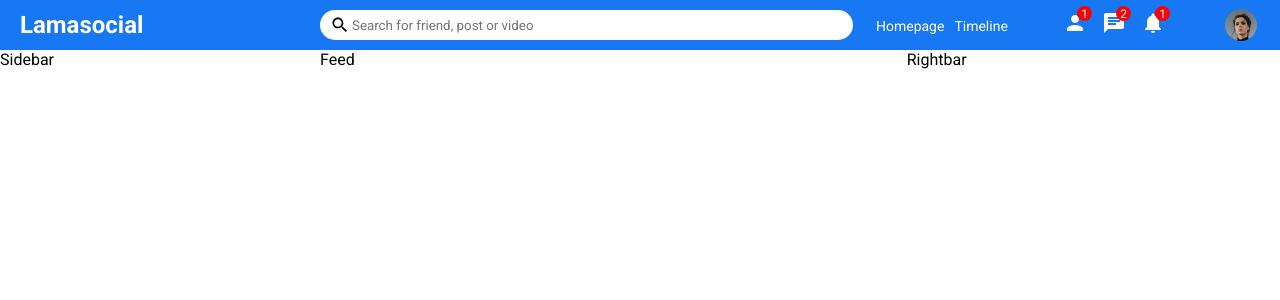
Repository: nazlinres01/react-social
Page: / (app in client/)
The author's editor kept a copy of each file at every save. The page is drawn from the files as they stood at one save, then again after the next save.
The browser window is 1280 px wide. The pictures show the whole page.
The project was rebuilt for these pictures with package versions that can differ from the ones it lists, and the page was loaded fresh each time.

Above is the page before, as saved 2024-06-11 16:15:01.

### client/public/index.html
<!DOCTYPE html>
<html lang="en">

<head>
  <meta charset="utf-8" />
  <meta name="viewport" content="width=device-width, initial-scale=1" />
  <meta name="description" content="Web site created using create-react-app" />
  <link
    href="https://fonts.googleapis.com/css2?family=Roboto:ital,wght@0,100;0,300;0,400;0,500;0,700;0,900;1,100;1,300;1,400;1,500;1,700;1,900&display=swap"
    rel="stylesheet">
    <link rel="stylesheet" href="style.css">
  <title>Social App</title>
</head>

<body>
  <noscript>You need to enable JavaScript to run this app.</noscript>
  <div id="root"></div>
</body>

</html>

### client/src/App.js
import Home from "./pages/home/Home";

function App() {
  return <Home />
}

export default App;

### client/src/pages/home/Home.jsx
import Feed from "../../components/feed/Feed";
import Rightbar from "../../components/rightbar/Rightbar";
import Sidebar from "../../components/sidebar/Sidebar";
import Topbar from "../../components/topbar/Topbar";
import "./home.css"

export default function Home() {
    return (
        <>
            <Topbar />
            <div className="homeContainer">
                <Sidebar />
                <Feed />
                <Rightbar />

            </div>

        </>
    );
}

### client/src/components/feed/Feed.jsx
import "./feed.css"

export default function Feed() {
    return (
        <div className="feed">
            Feed</div>
    )
}

### client/src/components/rightbar/Rightbar.jsx
import "./rightbar.css"

export default function Rightbar() {
    return (
        <div className="rightbar">
            Rightbar</div>
    )
}

### client/src/components/sidebar/Sidebar.jsx
import "./sidebar.css"

export default function Sidebar() {
    return (
        <div className="sidebar">
            Sidebar</div>
    )
}

### client/src/components/topbar/Topbar.jsx
import "./topbar.css"
import { Search, Person, Chat, Notifications } from "@material-ui/icons"

export default function Topbar() {
  return (
    <div className="topbarContainer">
      <div className="topbarLeft">
        <span className="logo">Lamasocial</span>
      </div>
      <div className="topbarCenter">
        <div className="searchbar">
          <Search className="searchIcon" />
          <input placeholder="Search for friend, post or video" className="searchInput" />
        </div>
      </div>
      <div className="topbarRight">
        <div className="topbarLinks">
          <span className="topbarLink">Homepage</span>
          <span className="topbarLink">Timeline</span>
        </div>
        <div className="topbarIcons">
          <div className="topbarIconItem">
            <Person />
            <span className="topbarIconBadge">1</span>
          </div>
          <div className="topbarIconItem">
            <Chat />
            <span className="topbarIconBadge">2</span>
          </div>
          <div className="topbarIconItem">
            <Notifications />
            <span className="topbarIconBadge">1</span>
          </div>
        </div>
        <img src="/assets/person/1.jpeg" alt="" className="topbarImg" />
      </div>

    </div>
  )
}

### client/src/components/feed/feed.css
.feed {
    flex: 5.5;
}

### client/src/components/rightbar/rightbar.css
.rightbar {
    flex: 3.5;
}

### client/src/components/sidebar/sidebar.css
.sidebar {
    flex: 3;
    height: calc(100vh-50px);
}

### client/src/components/topbar/topbar.css
.topbarContainer {
    height: 50px;
    width: 100%;
    background-color: #1877f2;
    display: flex;
    align-items: center;
    position: sticky;
    top: 0;
}

.topbarLeft {
    flex: 3;
}

.logo {
    font-size: 24px;
    margin-left: 20px;
    font-weight: bold;
    color: white;
    cursor: pointer;
}

.topbarCenter {
    flex: 5;
}

.searchbar {
    width: 100%;
    height: 30px;
    background-color: white;
    border-radius: 30px;
    display: flex;
    align-items: center;
}

.searchIcon {
    font-size: 20px !important;
    margin-left: 10px;
}

.searchInput {
    border: none;
    width: 70%;
}

.searchInput:focus {
    outline: none;
}

.topbarRight {
    flex: 4;
    display: flex;
    align-items: center;
    justify-content: space-around;
    color: white;
}

.topbarLink {
    margin-right: 10px;
    font-size: 14px;
    cursor: pointer;
}

.topbarIcons {
    display: flex;
}

.topbarIconItem {
    margin-right: 15px;
    cursor: pointer;
    position: relative;

}

.topbarIconBadge {
    width: 15px;
    height: 15px;
    background-color: red;
    border-radius: 50%;
    color: white;
    position: absolute;
    top: -5px;
    right: -5px;
    display: flex;
    align-items: center;
    justify-content: center;
    font-size: 12px;
}

.topbarImg {
    width: 32px;
    height: 32px;
    border-radius: 50%;
    object-fit: cover;
    cursor: pointer;
}

Loaded but not shown: client/src/index.js (common file); client/src/pages/home/home.css (common file); client/public/style.css (common file)

After the next save:
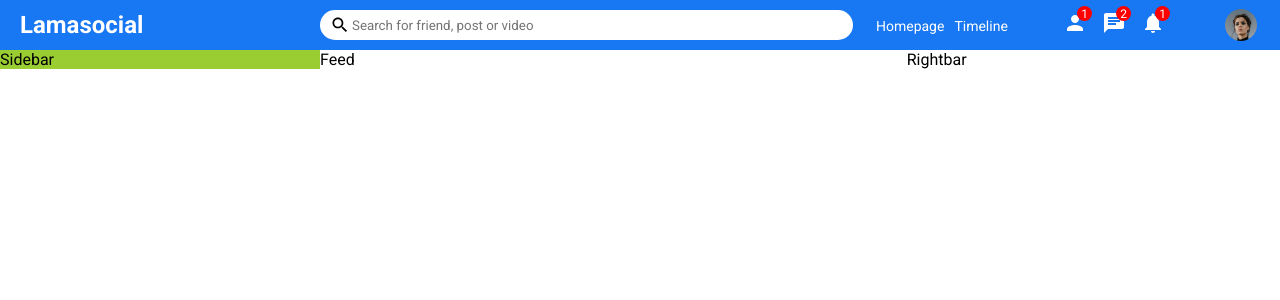
Saved 106 s later.
--- a/client/src/components/sidebar/sidebar.css
+++ b/client/src/components/sidebar/sidebar.css
@@ -1,4 +1,5 @@
 .sidebar {
     flex: 3;
     height: calc(100vh-50px);
+    background-color: yellowgreen;
 }
